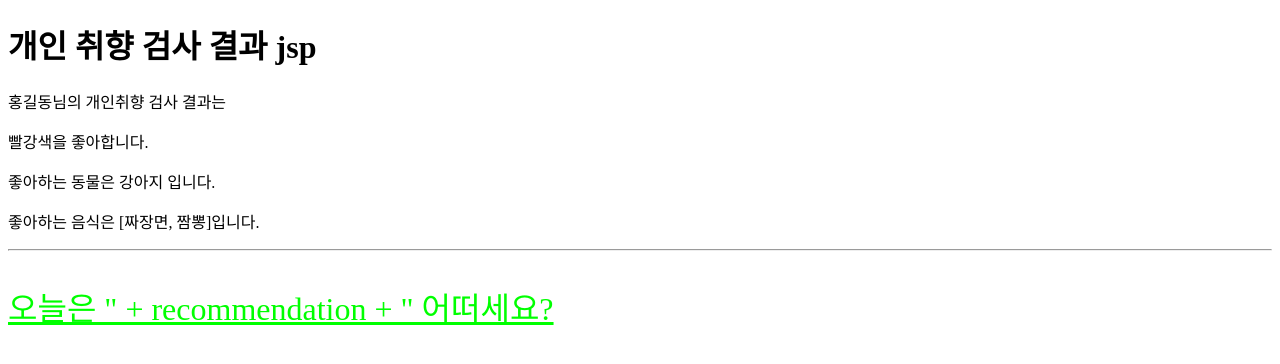
Repository: kianpas/KH_Server
Page: http://localhost/01_helloweb/servlet/testPersonEnd.jsp
An editor plug-in stored every save of this project. The page is shown before and after the next save, followed by the edit.
The browser window is 1280 px wide. The pictures show the whole page.
The page is served by Tomcat 9. Other server files are loaded and not shown.

Above is the page before, as saved 2021-03-24 07:31:05.

### 01_helloweb/WebContent/servlet/testPersonEnd.jsp
<%-- jsp 주석
	 jsp : java + html
	  --%>
<%@ page language="java" contentType="text/html; charset=UTF-8"
	pageEncoding="UTF-8"%>
<!DOCTYPE html>
<html>
<head>
<meta charset="UTF-8">
<title>Insert title here</title>
<style>
.recommendation {
	font-size: 2em;
	color: lime;
	text-decoration: underline;
}
</style>
</head>
<body>
</head>
<body>
	<h1>개인 취향 검사 결과 jsp</h1>
	<p>홍길동님의 개인취향 검사 결과는 </p>
	<p>빨강색을 좋아합니다.</p>
	<p>좋아하는 동물은 강아지 입니다.</p>
	<p>좋아하는 음식은 [짜장면, 짬뽕]입니다.</p>
	<hr>
	<p class='recommendation'>오늘은 " + recommendation + " 어떠세요?</p>
</body>
</html>

After the next save:
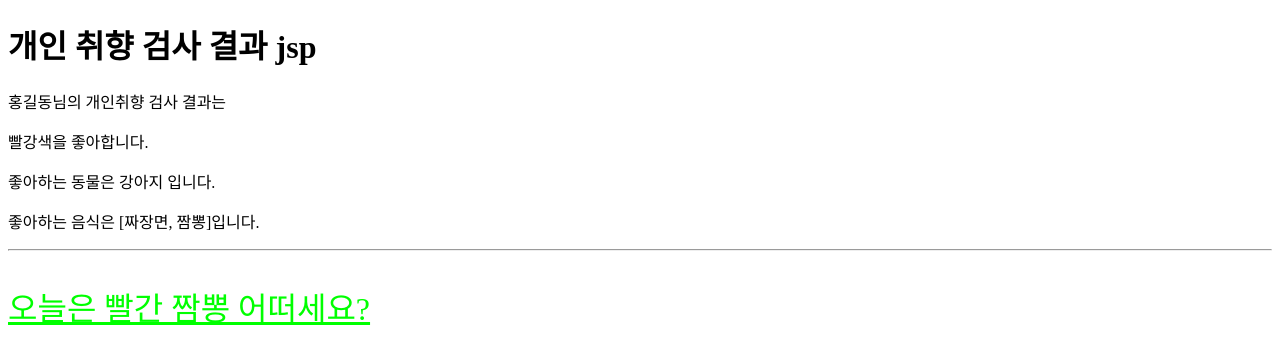
Saved 12 s later.
--- a/01_helloweb/WebContent/servlet/testPersonEnd.jsp
+++ b/01_helloweb/WebContent/servlet/testPersonEnd.jsp
@@ -25,6 +25,6 @@
 	<p>좋아하는 동물은 강아지 입니다.</p>
 	<p>좋아하는 음식은 [짜장면, 짬뽕]입니다.</p>
 	<hr>
-	<p class='recommendation'>오늘은 " + recommendation + " 어떠세요?</p>
+	<p class='recommendation'>오늘은 빨간 짬뽕 어떠세요?</p>
 </body>
 </html>
